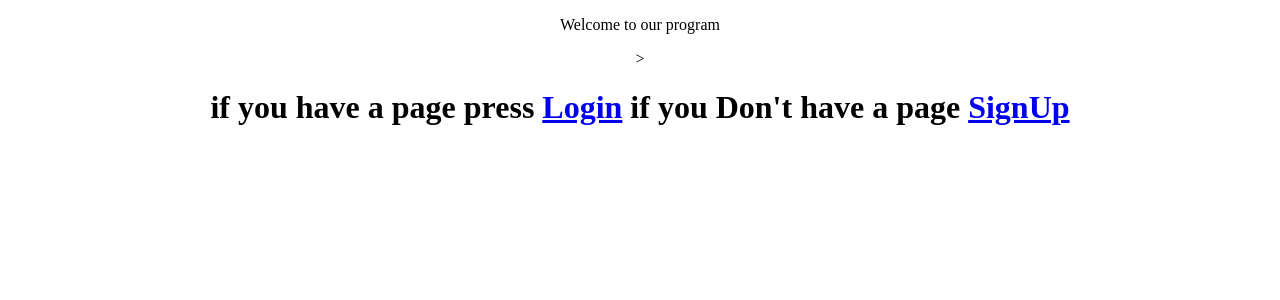
Repository: Mohammed7852/eclipse_Materials
Page: http://localhost/FCISquareApp/WEB-INF/jsp/welcome.jsp
The author's editor kept a copy of each file at every save. The page is drawn from the files as they stood at one save, then again after the next save.
The browser window is 1280 px wide. The pictures show the whole page.
The page is served by Tomcat 9. Nobody is signed in. The template is opened directly, without the code that normally fills it, so the values that code supplies are empty.

Above is the page before, as saved 2016-03-26 17:06:38.

After the next save:
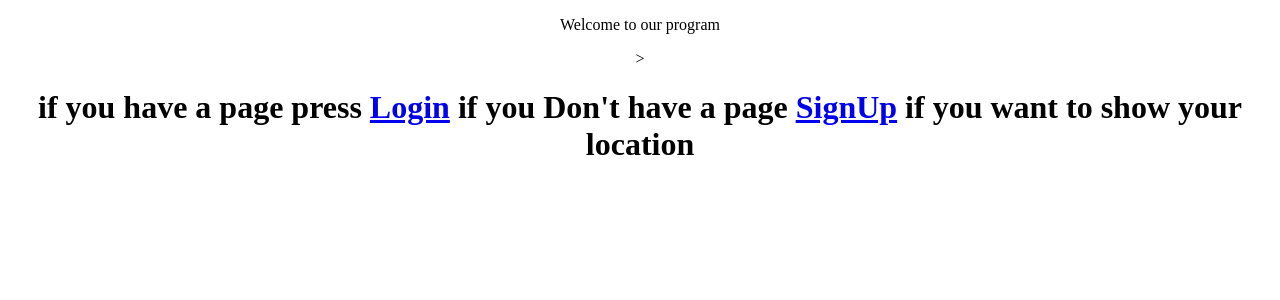
Saved 16 s later.
--- a/eclips/FCISquareApp/WebContent/WEB-INF/jsp/welcome.jsp
+++ b/eclips/FCISquareApp/WebContent/WEB-INF/jsp/welcome.jsp
@@ -10,6 +10,7 @@
 <center>
 <h1>if  you have a page press  <a href="/FCISquareApp/app/Login">Login</a>
     if you Don't have a page <a href="/FCISquareApp/app/signUp">SignUp</a>
+    if you want to show your location
 </h1>
 
 </center>
